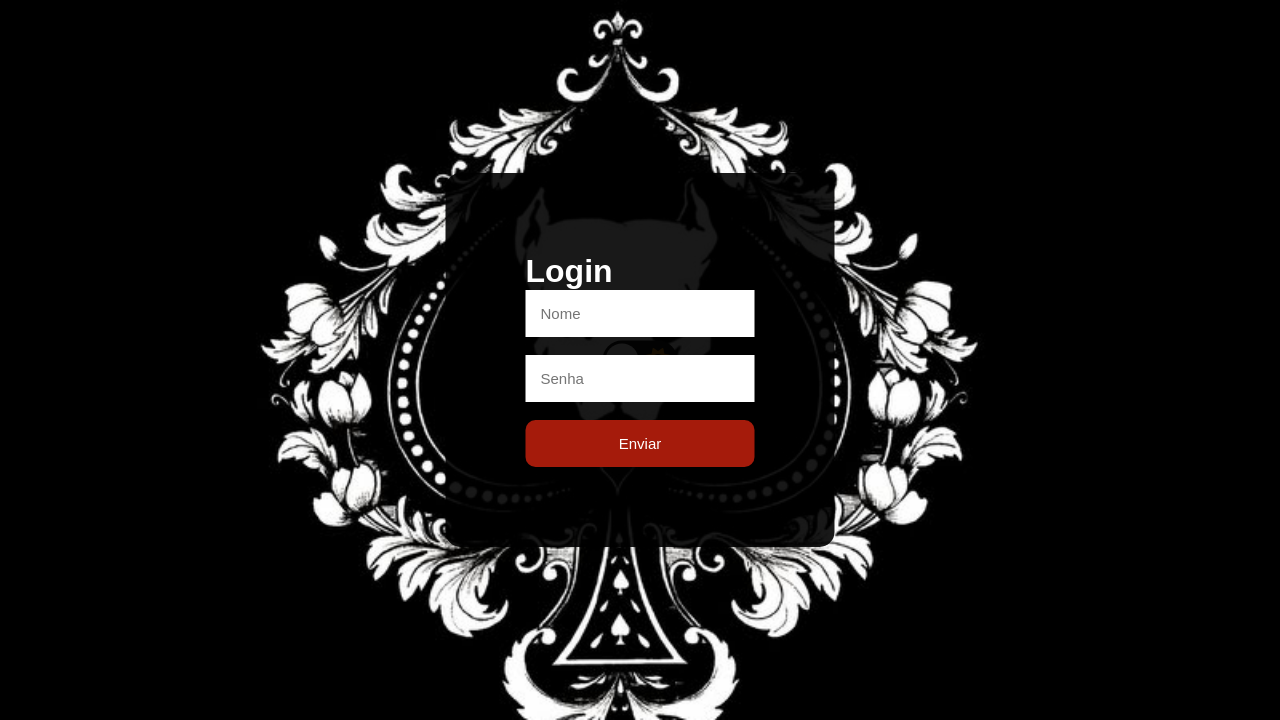
Repository: Vitor4863/Projeto-MetalBull
Page: http://localhost/MetalBull/
These files come from the project's save history. The page is drawn as it stood at one moment and after the next save; the edit follows.
The browser window is 1280 px wide. The pictures show the whole page.
Some web libraries are served in a nearby version. The page is served by Tomcat 9.

Above is the page before, as saved 2022-06-24 01:32:22.
Not found: MetalBull/MetalBull/script.js

After the next save:
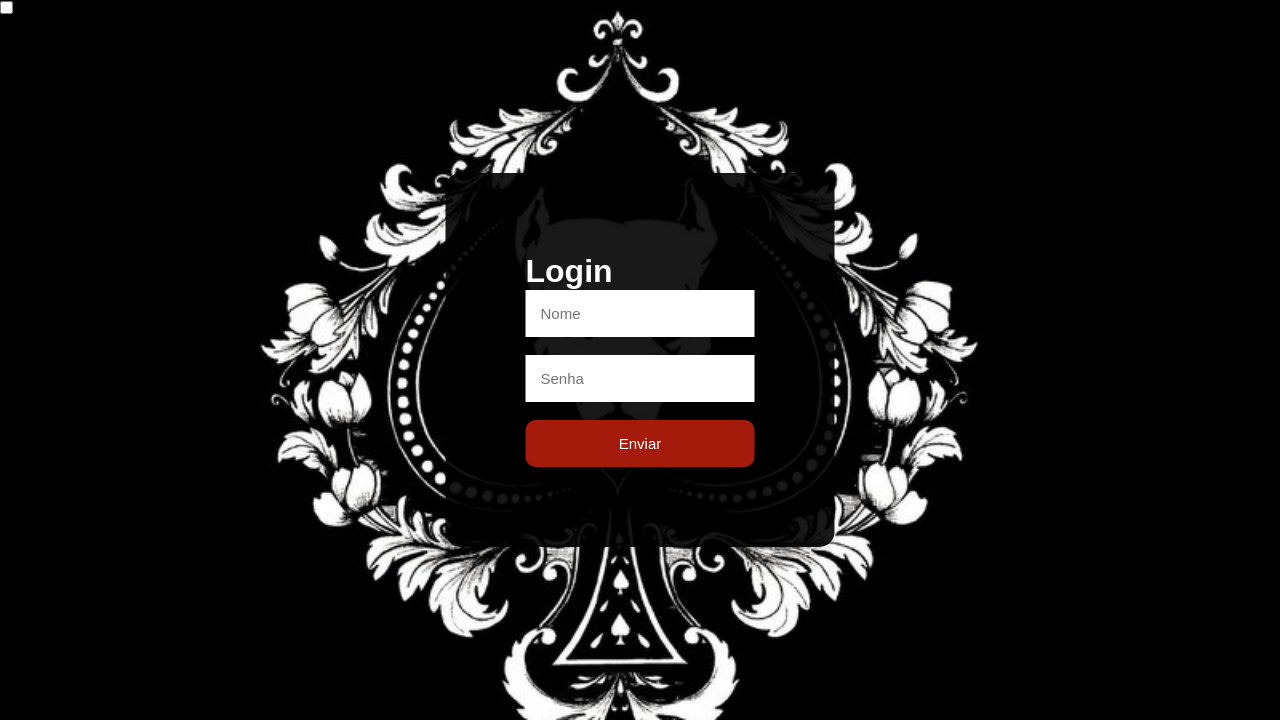
Saved 39 s later.
--- a/MetalBull/src/main/webapp/index.jsp
+++ b/MetalBull/src/main/webapp/index.jsp
@@ -51,74 +51,7 @@ button:hover {
 	background-color: deepskyblue;
 	cursor: pointer;
 }
-@import url('https://fonts.googleapis.com/css?family=Muli&display=swap');
-* {
-  margin: 0;
-  padding: 0;
-  border: 0;
-  box-sizing: border-box;
-}
 
-body {
-  background-color: #fafafa;
-  display: flex;
-  align-items: center;
-  justify-content: center;
-
-  height: 100vh;
-  margin: 0;
-  transition: background 0.2s linear;
-}
-
-body.dark {
-  background: #292c35;
-}
-
-.checkbox {
-  opacity: 0;
-  position: absolute;
-}
-
-.label {
-  background-color: #111;
-  border-radius: 50px;
-  cursor: pointer;
-  display: flex;
-  justify-content: space-between;
-  align-items: center;
-
-  padding: 5px;
-  position: relative;
-  height: 26px;
-  width: 50px;
-  transform: scale(1.5);
-
-}
-
-
-.label .ball {
-  background-color: #fff;
-  border-radius: 50%;
-  position: absolute;
-  top: 2px;
-  left: 2px;
-  height: 22px;
-  width: 22px;
-  transform: translateX(0px);
-  transition: transform 0.2s linear;
-}
-
-.checkbox:checked + .label .ball {
-  transform: translateX(24px);
-}
-
-.fa-moon {
-  color: #f1c40f;
-}
-
-.fa-sun {
-  color: #f39c12;
-}
 </style>
 </head>
 <body>
